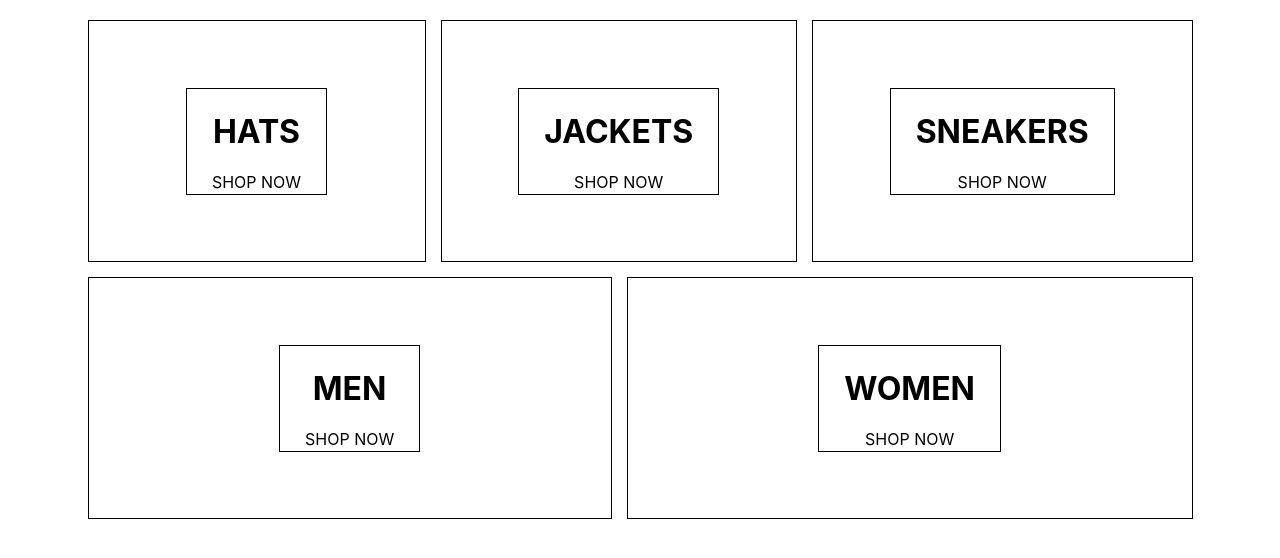
Repository: nepfri/crwn-clothing
Page: /
These files come from the project's save history. The page is drawn as it stood at one moment and after the next save; the edit follows.
The browser window is 1280 px wide. The pictures show the whole page.
The project was rebuilt for these pictures with package versions that can differ from the ones it lists, and the page was loaded fresh each time. Also part of the build but not shown: src/App.css.

Above is the page before, as saved 2021-10-13 14:07:12.

### src/App.js
import "./App.css";
import Homepage from "./homepage.component";

function App() {
  return (
    <div>
      <Homepage></Homepage>
    </div>
  );
}

export default App;

### src/homepage.component.jsx
import React from "react";
import './homepage.styles.scss';

const Homepage = () => {
  return (
    <div className="homepage">
      <div className="directory-menu">
        <div className="menu-item">
          <div className="content">
            <h1 classname="title">HATS</h1>
            <span classname="subtitle">SHOP NOW</span>
          </div>
        </div>

        <div className="menu-item">
          <div className="content">
            <h1 classname="title">JACKETS</h1>
            <span classname="subtitle">SHOP NOW</span>
          </div>
        </div>

        <div className="menu-item">
          <div className="content">
            <h1 classname="title">SNEAKERS</h1>
            <span classname="subtitle">SHOP NOW</span>
          </div>
        </div>

        <div className="menu-item">
          <div className="content">
            <h1 classname="title">MEN</h1>
            <span classname="subtitle">SHOP NOW</span>
          </div>
        </div>

        <div className="menu-item">
          <div className="content">
            <h1 classname="title">WOMEN</h1>
            <span classname="subtitle">SHOP NOW</span>
          </div>
        </div>
      </div>
    </div>
  );
};

export default Homepage;

### src/homepage.styles.scss
.homepage {
  display: flex;
  flex-direction: column;
  align-items: center;
  padding: 20px 80px;
}

.directory-menu {
  width: 100%;
  display: flex;
  flex-wrap: wrap;
  justify-content: space-between;
}

.menu-item {
  min-width: 30%;
  height: 240px;
  flex: 1 1 auto;
  display: flex;
  align-items: center;
  justify-content: center;
  border: 1px solid black;
  margin: 0 7.5px 15px;

  &:first-child {
    margin-right: 7.5px;
  }

  &:last-child {
    margin-left: 7.5px;
  }

  .content {
    height: 105px;
    padding: 0 25px;
    display: flex;
    flex-direction: column;
    align-items: center;
    justify-content: center;
    border: 1px solid black;
  }

  .title {
    font-weight: bold;
    margin-bottom: 6px;
    font-size: 22px;
    color: #4a4a4a;
  }

  .subtitle {
    font-weight: lighter;
    font-size: 16px;
  }
}

Loaded but not shown: public/index.html (common file); src/index.js (common file); src/index.css (common file)

After the next save:
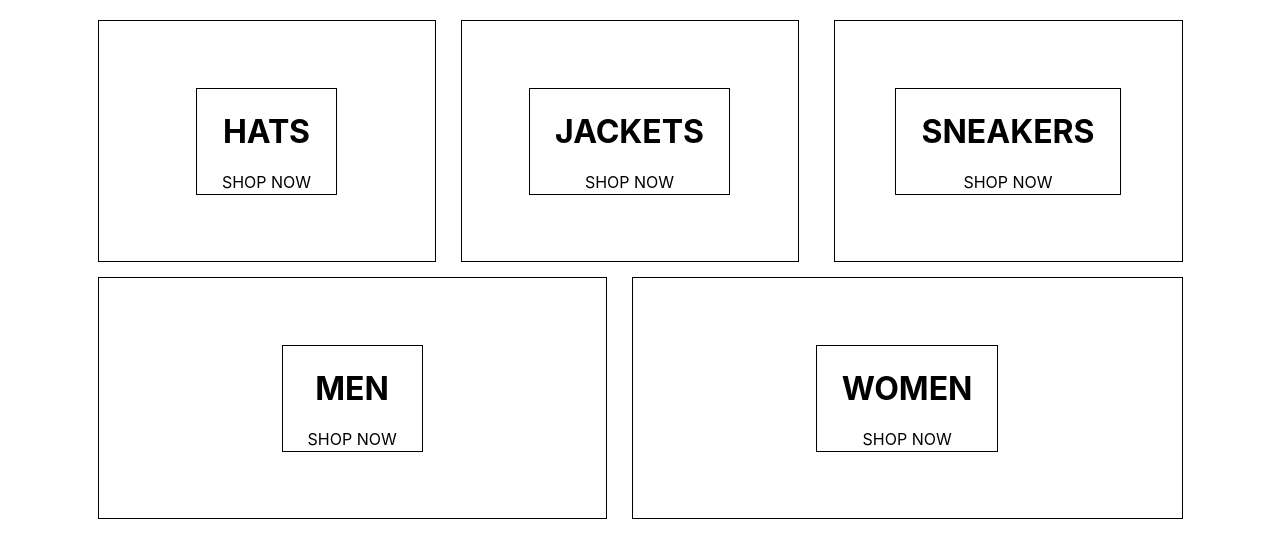
Saved 4 s later.
--- a/src/homepage.styles.scss
+++ b/src/homepage.styles.scss
@@ -20,7 +20,7 @@
   align-items: center;
   justify-content: center;
   border: 1px solid black;
-  margin: 0 7.5px 15px;
+  margin: 0 17.5px 15px;
 
   &:first-child {
     margin-right: 7.5px;

After the save that followed:
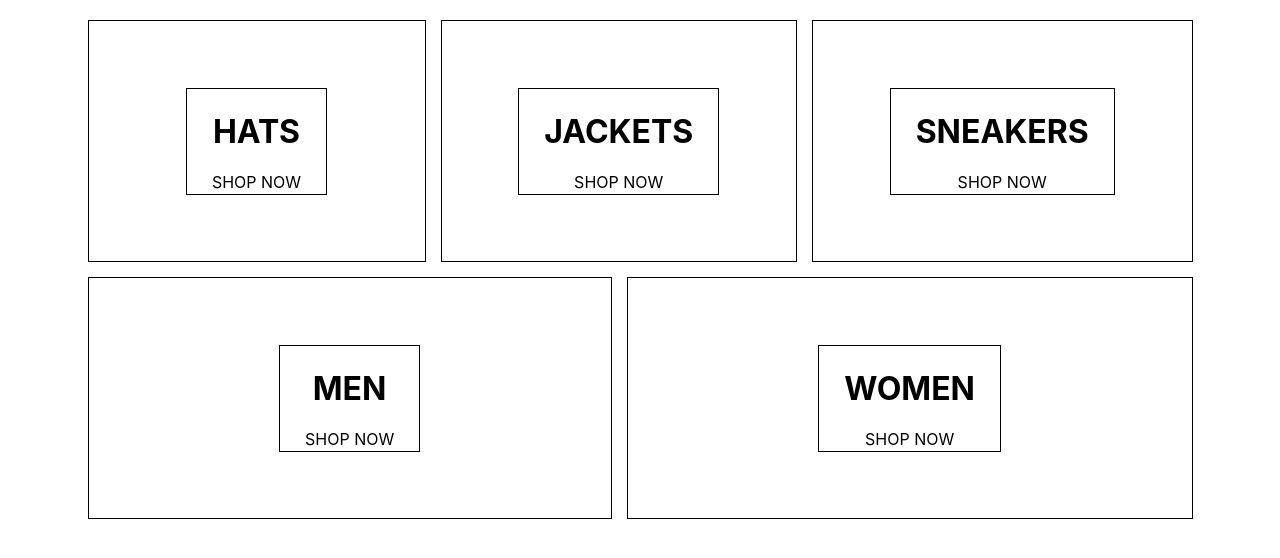
Saved 12 s later.
--- a/src/homepage.styles.scss
+++ b/src/homepage.styles.scss
@@ -20,7 +20,7 @@
   align-items: center;
   justify-content: center;
   border: 1px solid black;
-  margin: 0 17.5px 15px;
+  margin: 0 7.5px 15px;
 
   &:first-child {
     margin-right: 7.5px;
